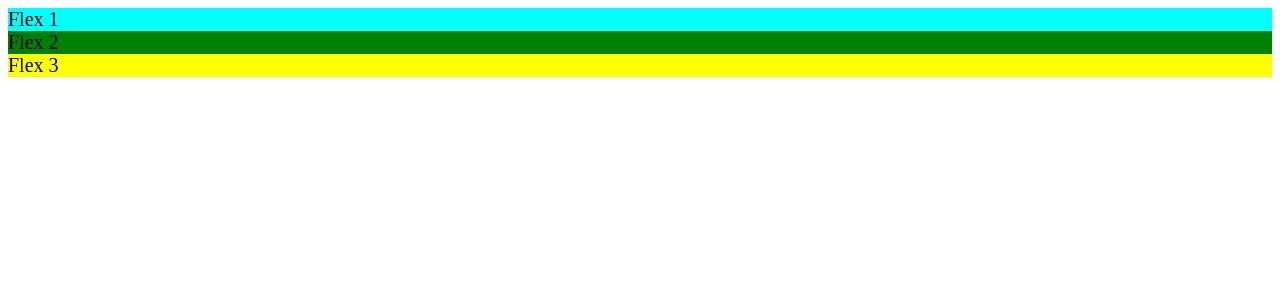
Repository: Kubraaygun/Html_Css_Login
Page: index.html
The author's editor kept a copy of each file at every save. The page is drawn from the files as they stood at one save, then again after the next save.
The browser window is 1280 px wide. The pictures show the whole page.

Above is the page before, as saved 2025-03-04 21:26:12.

After the next save:
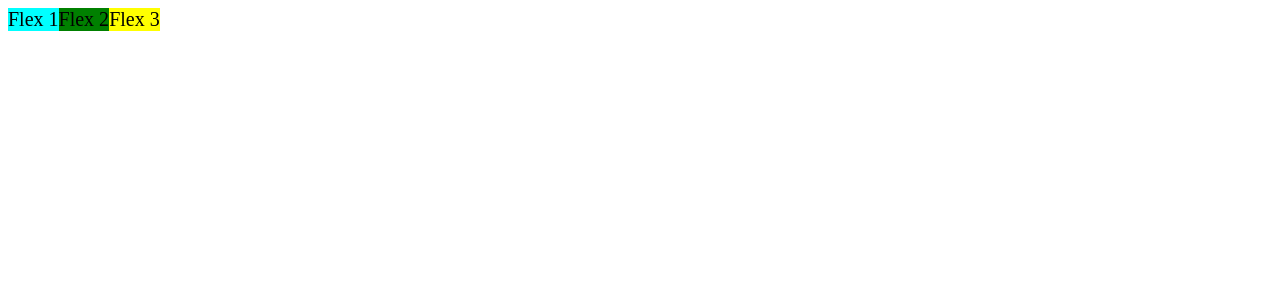
Saved 16 s later.
--- a/index.html
+++ b/index.html
@@ -8,7 +8,7 @@
   </head>
 
   <body>
-    <div class="container" display="flex">
+    <div class="container" style="display: flex">
       <div style="background-color: aqua">Flex 1</div>
       <div style="background-color: green">Flex 2</div>
       <div style="background-color: yellow">Flex 3</div>
